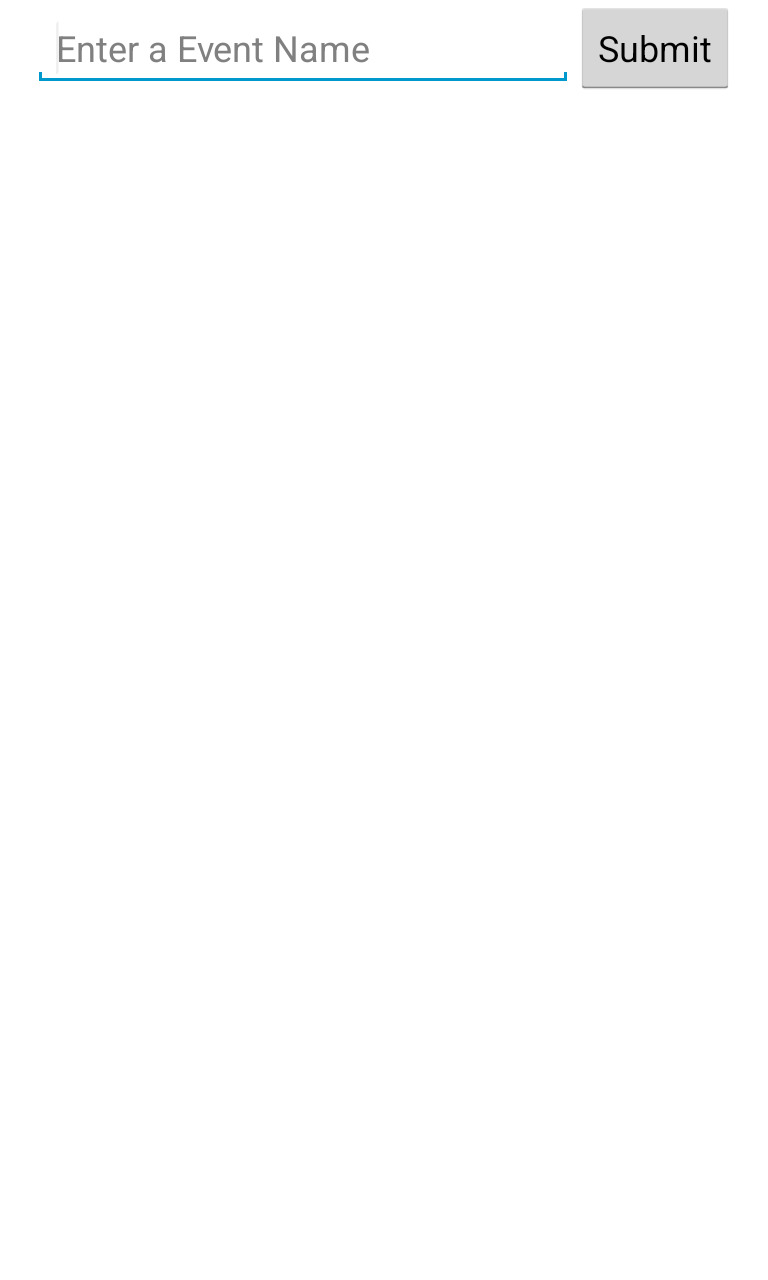
Repository: DinkyDetailsLLC/CPM
Layout: MyHairDid_v1.2/res/layout/activity_event.xml
These files come from the project's save history. The layout is drawn as it stood at one moment and after the next save; the edit follows.
It is drawn on a 768 x 1280 px phone screen (xhdpi) without system bars, with theme AppTheme; the app's code is not run. Lists and similar views that code fills are empty.

Above is the layout before, as saved 2014-04-04 02:58:48.

After the next save:
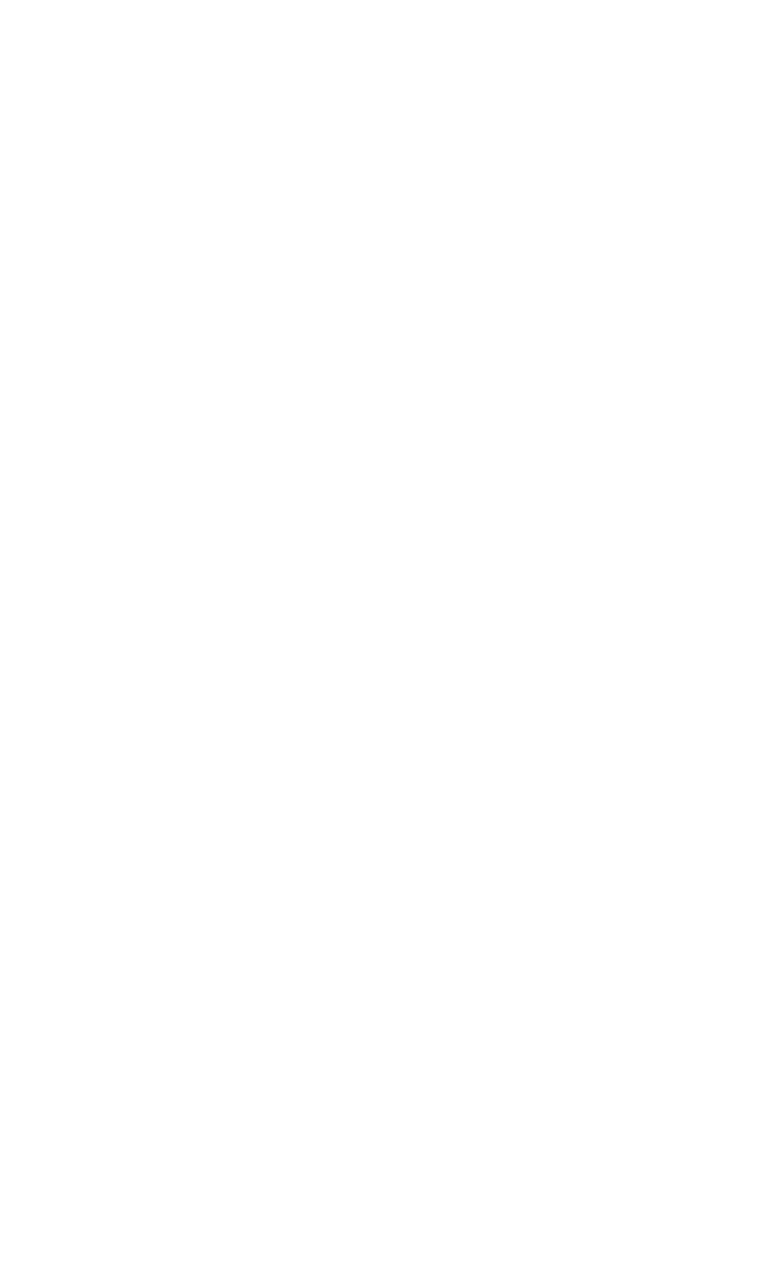
Saved 76 s later.
--- a/MyHairDid_v1.2/res/layout/activity_event.xml
+++ b/MyHairDid_v1.2/res/layout/activity_event.xml
@@ -7,29 +7,6 @@
     android:paddingRight="@dimen/activity_horizontal_margin"
     tools:context=".TodoActivity" >
 
-    <LinearLayout
-        android:layout_width="match_parent"
-        android:layout_height="wrap_content"
-        android:orientation="horizontal" >
-
-        <EditText
-            android:id="@+id/event_input"
-            android:layout_width="0dp"
-            android:layout_height="wrap_content"
-            android:layout_weight="1"
-            android:ems="10"
-            android:inputType="text"
-            android:hint="@string/input_hint">
-            <requestFocus />
-        </EditText>
-
-        <Button
-            android:id="@+id/submit_button"
-            android:layout_width="wrap_content"
-            android:layout_height="wrap_content"
-            android:onClick="createTask"
-            android:text="@string/submit_button" />
-    </LinearLayout>
 
     <ListView
         android:id="@+id/event_list"

After the save that followed:
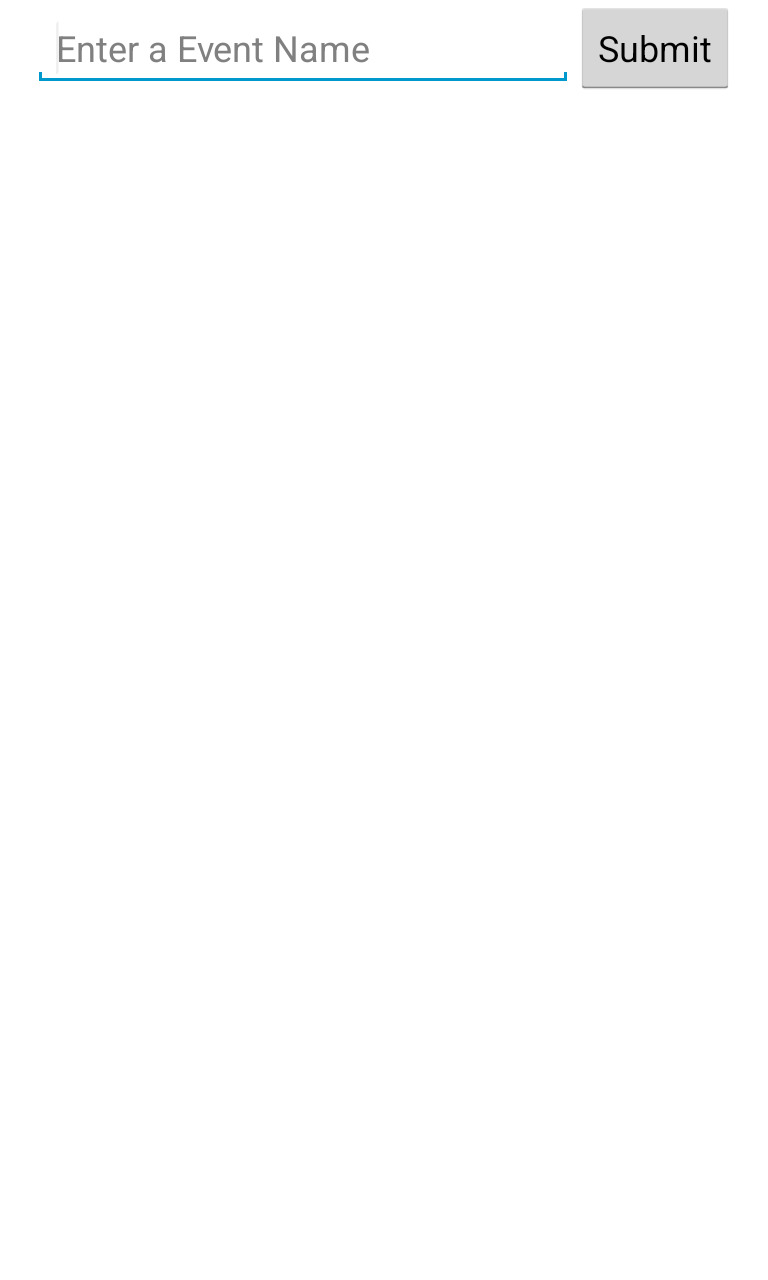
Saved 10 s later.
--- a/MyHairDid_v1.2/res/layout/activity_event.xml
+++ b/MyHairDid_v1.2/res/layout/activity_event.xml
@@ -13,4 +13,29 @@
         android:layout_width="match_parent"
         android:layout_height="wrap_content" />
 
+    <LinearLayout
+        android:layout_width="match_parent"
+        android:layout_height="wrap_content"
+        android:orientation="horizontal" >
+
+        <EditText
+            android:id="@+id/event_input"
+            android:layout_width="0dp"
+            android:layout_height="wrap_content"
+            android:layout_weight="1"
+            android:ems="10"
+            android:inputType="text"
+            android:hint="@string/input_hint">
+            <requestFocus />
+        </EditText>
+
+        <Button
+            android:id="@+id/submit_button"
+            android:layout_width="wrap_content"
+            android:layout_height="wrap_content"
+            android:onClick="createTask"
+            android:text="@string/submit_button" />
+    </LinearLayout>
+
+
 </LinearLayout>
